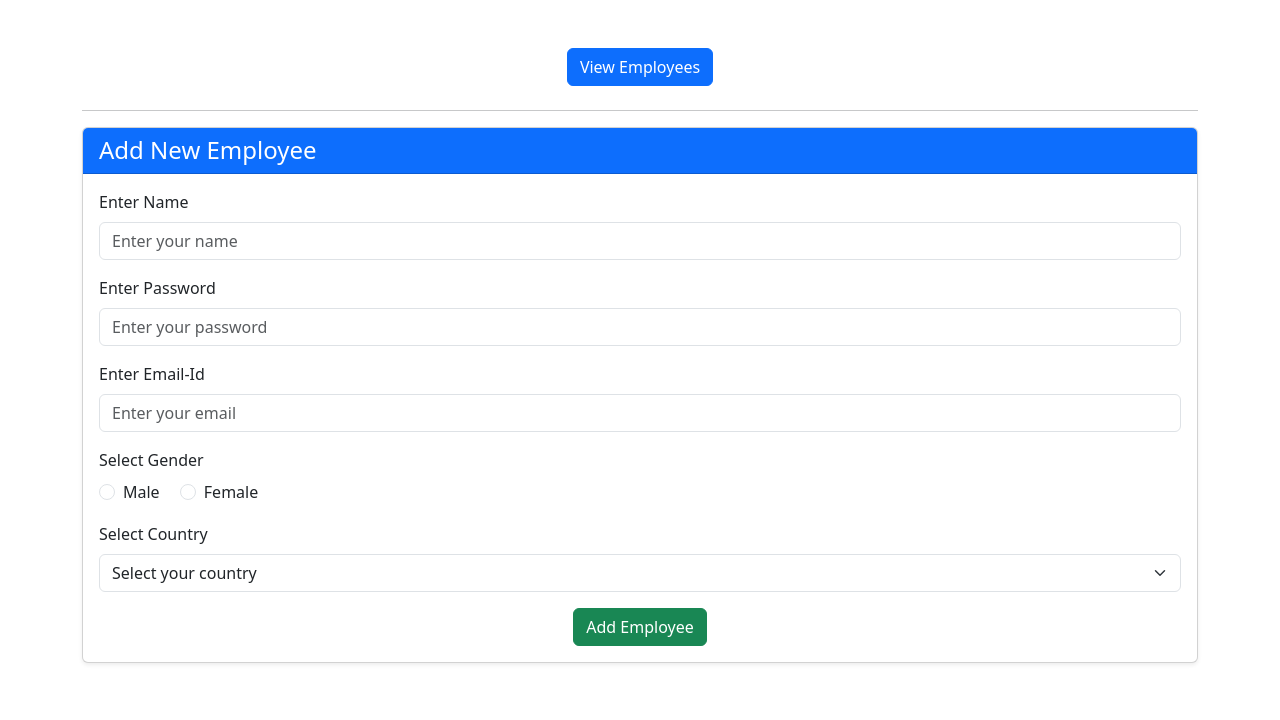
Repository: HarshZanwar2001/CRUD_Oprations_JAVA_JSP_MYSQL
Page: JSP_CRUD_Operation/src/main/webapp/employeeForm.html
These files come from the project's save history. The page is drawn as it stood at one moment and after the next save; the edit follows.
The browser window is 1280 px wide. The pictures show the whole page.

Above is the page before, as saved 2024-12-01 06:11:29.

### JSP_CRUD_Operation/src/main/webapp/employeeForm.html
<!DOCTYPE html>
<html lang="en">
<head>
    <meta charset="UTF-8">
    <meta name="viewport" content="width=device-width, initial-scale=1.0">
    <title>Employee Form</title>
    <!-- Bootstrap CSS -->
    <link href="https://cdn.jsdelivr.net/npm/bootstrap@5.3.0-alpha1/dist/css/bootstrap.min.css" rel="stylesheet">
</head>
<body>
    <div class="container my-5">
        <div class="text-center mb-4">
            <a href="viewEmployees.jsp" class="btn btn-primary">View Employees</a>
        </div>
        <hr>
        <div class="card shadow-sm">
            <div class="card-header bg-primary text-white">
                <h4 class="mb-0">Add New Employee</h4>
            </div>
            <div class="card-body">
                <form action="addEmp.jsp" method="post">
                    <div class="mb-3">
                        <label for="name" class="form-label">Enter Name</label>
                        <input type="text" name="name" id="name" class="form-control" placeholder="Enter your name" required>
                    </div>
                    <div class="mb-3">
                        <label for="password" class="form-label">Enter Password</label>
                        <input type="password" name="password" id="password" class="form-control" placeholder="Enter your password" required>
                    </div>
                    <div class="mb-3">
                        <label for="email" class="form-label">Enter Email-Id</label>
                        <input type="email" name="email" id="email" class="form-control" placeholder="Enter your email" required>
                    </div>
                    <div class="mb-3">
                        <label class="form-label">Select Gender</label>
                        <div>
                            <div class="form-check form-check-inline">
                                <input type="radio" name="gender" id="male" value="Male" class="form-check-input" required>
                                <label for="male" class="form-check-label">Male</label>
                            </div>
                            <div class="form-check form-check-inline">
                                <input type="radio" name="gender" id="female" value="Female" class="form-check-input" required>
                                <label for="female" class="form-check-label">Female</label>
                            </div>
                        </div>
                    </div>
                    <div class="mb-3">
                        <label for="country" class="form-label">Select Country</label>
                        <select name="country" id="country" class="form-select" required>
                            <option value="" disabled selected>Select your country</option>
                            <option>India</option>
                            <option>USA</option>
                            <option>France</option>
                            <option>Germany</option>
                        </select>
                    </div>
                    <div class="text-center">
                        <button type="submit" class="btn btn-success">Add Employee</button>
                    </div>
                </form>
            </div>
        </div>
    </div>
    <!-- Bootstrap JS -->
    <script src="https://cdn.jsdelivr.net/npm/bootstrap@5.3.0-alpha1/dist/js/bootstrap.bundle.min.js"></script>
</body>
</html>

After the next save:
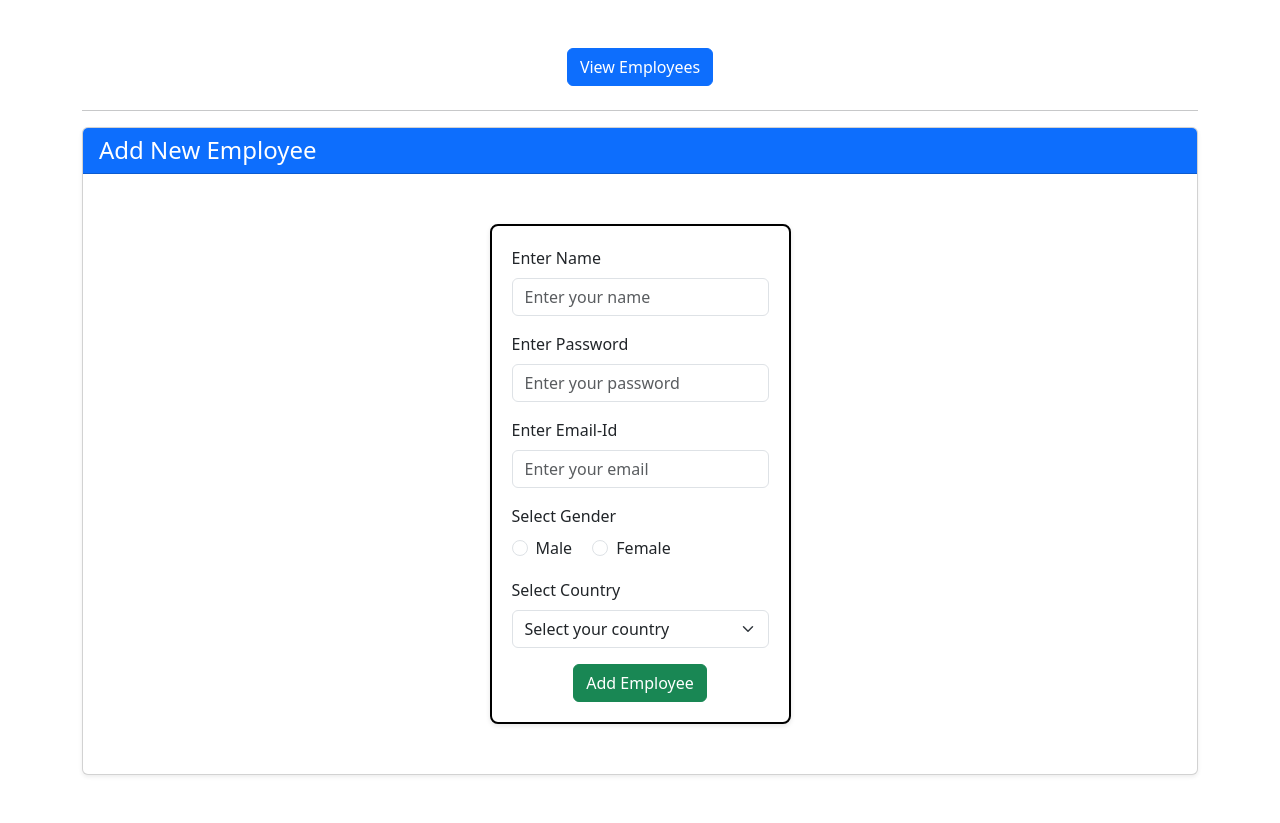
Saved 113 s later.
--- a/JSP_CRUD_Operation/src/main/webapp/employeeForm.html
+++ b/JSP_CRUD_Operation/src/main/webapp/employeeForm.html
@@ -6,6 +6,18 @@
     <title>Employee Form</title>
     <!-- Bootstrap CSS -->
     <link href="https://cdn.jsdelivr.net/npm/bootstrap@5.3.0-alpha1/dist/css/bootstrap.min.css" rel="stylesheet">
+    <style type="text/css">
+
+    .card-body{
+            max-width: 600px;
+            margin: 50px auto;
+            background: #fff;
+            border-radius: 8px;
+            box-shadow: 0 2px 5px rgba(0, 0, 0, 0.1);
+            padding: 20px;
+            border: 2px solid black;
+        }
+        </style>
 </head>
 <body>
     <div class="container my-5">

After the save that followed:
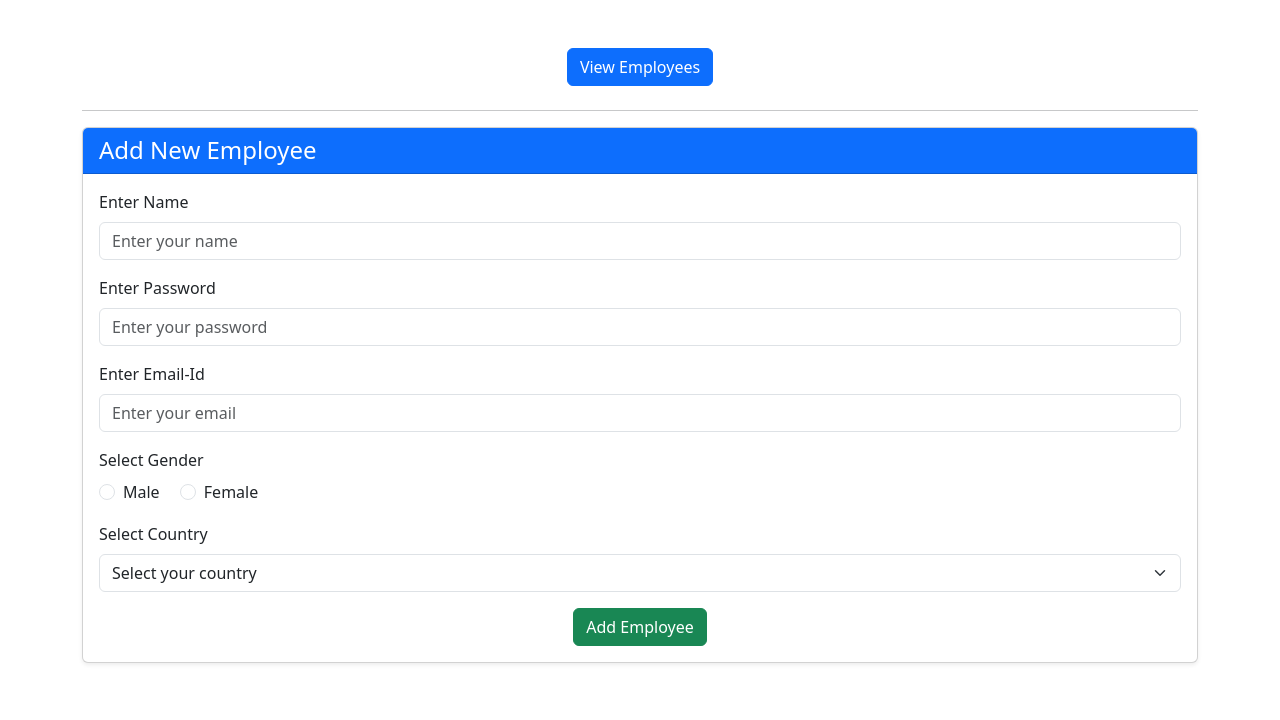
Saved 36 s later.
--- a/JSP_CRUD_Operation/src/main/webapp/employeeForm.html
+++ b/JSP_CRUD_Operation/src/main/webapp/employeeForm.html
@@ -8,7 +8,7 @@
     <link href="https://cdn.jsdelivr.net/npm/bootstrap@5.3.0-alpha1/dist/css/bootstrap.min.css" rel="stylesheet">
     <style type="text/css">
 
-    .card-body{
+    .container my-5{
             max-width: 600px;
             margin: 50px auto;
             background: #fff;
